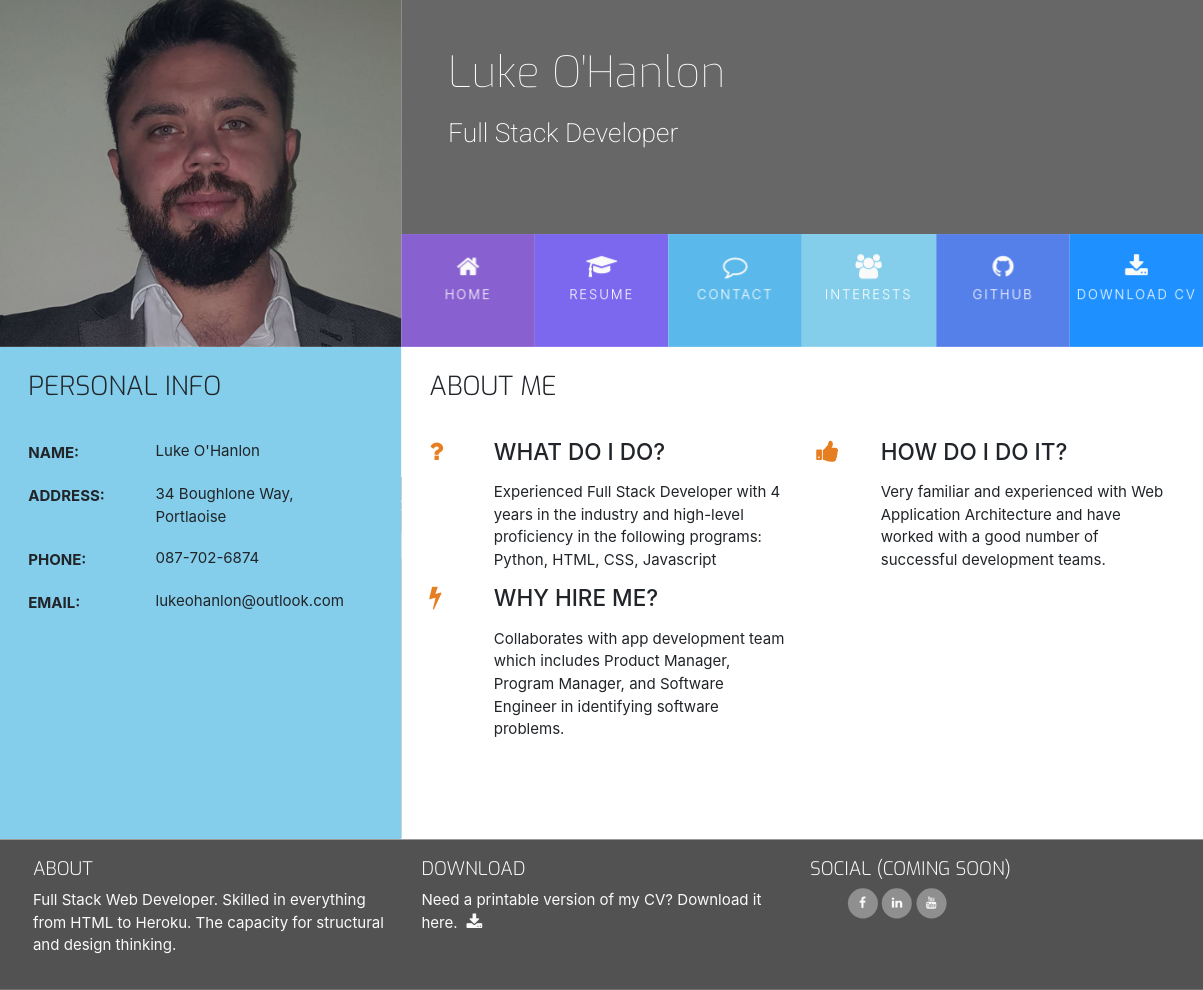
Repository: luke0han/my-resume
Page: index.html
The author's editor kept a record of every edit. The page is drawn from the files as they stood at one moment, then again after the next edit.
The browser window is 1280 px wide. The pictures show the whole page, at 94% of full size.

Above is the page before.

### index.html
<!DOCTYPE html>
<html lang="en">

<head>
    <meta charset="UTF-8">
    <meta name="viewport" content="width=device-width, initial-scale=1.0">
    <meta http-equiv="X-UA-Compatible" content="ie=edge">
    <link rel="stylesheet" href="https://stackpath.bootstrapcdn.com/bootstrap/4.3.1/css/bootstrap.min.css" type="text/css" />
    <link rel="stylesheet" href="https://stackpath.bootstrapcdn.com/font-awesome/4.7.0/css/font-awesome.min.css">
    <link href="https://fonts.googleapis.com/css?family=Lato:300,400&display=swap" rel="stylesheet">
    <link rel="stylesheet" href="https://cdnjs.cloudflare.com/ajax/libs/hover.css/2.3.1/css/hover-min.css" type="text/css" />
    <link rel="stylesheet" href="assets/css/style.css">
    <title>Luke O'Hanlon</title>
</head>

<body>
   <header>
        <div class="row no-gutters">
            <a class="col-md-4 logo" href="02-index.html"></a>
            <div class="col-md-8">
                <div class="row no-gutters bg-color-name-title">
                    <div class="col heading">
                        <h1 class="name">Luke O'Hanlon</h1>
                        <h2 class="title">Full Stack Developer</h2>
                    </div>
                </div>
                <div class="row no-gutters">
                    <div class="col">
                        <ul id="nav" class="list-inline menucontainer">
                            <li class="col-6 col-sm-2 ui-menu-color-home list-inline-item menuitem">
                                <a href="index.html" class="hvr-sweep-to-bottom"><i class="fa fa-home" aria-hidden="true"></i><span>Home</span></a>
                            </li>
                            <li class="col-6 col-sm-2 ui-menu-color-resume list-inline-item menuitem">
                                <a href="resume.html" class="hvr-sweep-to-bottom"><i class="fa fa-graduation-cap" aria-hidden="true"></i><span>Resume</span></a>
                            </li>
                            <li class="col-6 col-sm-2 ui-menu-color-contact list-inline-item menuitem">
                                <a href="contact.html" class="hvr-sweep-to-bottom"><i class="fa fa-comment-o" aria-hidden="true"></i><span>Contact</span></a>
                            </li>
                            <li class="col-6 col-sm-2 ui-menu-color-interests list-inline-item menuitem">
                                <a href="interests.html" class="hvr-sweep-to-bottom"><i class="fa fa-users" aria-hidden="true"></i><span>Interests</span></a>
                            </li>
                            <li class="col-6 col-sm-2 ui-menu-color-github list-inline-item menuitem">
                                <a href="github.html" class="hvr-sweep-to-bottom"><i class="fa fa-github" aria-hidden="true"></i><span>GitHub</span></a>
                            </li>
                            <li class="col-6 col-sm-2 ui-menu-color-download list-inline-item menuitem">
                                <a href="assets/cv/Luke O'Hanlon.pdf" target="_blank" class="hvr-sweep-to-bottom"><i class="fa fa-download" aria-hidden="true"></i><span>Download CV</span></a>
                            </li>
                        </ul>
                    </div>
                </div>
                </div>
            </div>
        </div>
    </header>

    <section class="container-fluid">
        <div class="row">
            <div class="col-md-4 bg-color-personal-info section-column">
                <div class="row">
                    <div class="col-12">
                        <h3 class="section-heading uppercase">Personal Info</h3>
                    </div>
                </div>
                <div class="personal-info-item">
                    <div class="key">
                        <p class="uppercase">
                            Name:
                        </p>
                    </div>
                    <div class="value">
                        <p>
                            Luke O'Hanlon
                        </p>

                    </div>
                </div>
                <div class="personal-info-item">
                    <div class="key">
                        <p class="uppercase">
                            Address:
                        </p>
                    </div>
                    <div class="value">
                        <p>
                            34 Boughlone Way, Portlaoise
                        </p>
                    </div>
                </div>
                <div class="personal-info-item">
                    <div class="key">
                        <p class="uppercase">
                            Phone:
                        </p>
                    </div>
                    <div class="value">
                        <p>
                            087-702-6874
                        </p>
                    </div>
                </div>
                <div class="personal-info-item">
                    <div class="key">
                        <p class="uppercase">
                            Email:
                        </p>
                    </div>
                    <div class="value">
                        <p>
                            lukeohanlon@outlook.com <br><br><br><br><br><br><br><br><br>
                        </p>
                    </div>
                </div>
            </div>
            <div class="col-md-8 bg-color-three-reasons section-column">
                <div class="row">
                    <div class="col">
                        <h3 class="section-heading uppercase">About me</h3>
                    </div>
                </div>
                <div class="row">
                    <div class="col-10 offset-1 offset-sm-0 col-sm-4 col-md-6">
                        <div class="row">
                            <div class="col-2">
                                <i class="three-reasons-icon fa fa-question" aria-hidden="true"></i>
                            </div>
                            <div class="col-10">
                                <h4 class="three-reasons-heading uppercase">What do I do?</h4>
                                <p>Experienced Full Stack Developer with 4 years in the industry and high-level proficiency in the following programs: Python, HTML, CSS, Javascript</p>
                            </div>
                        </div>
                    </div>
                    <div class="col-10 offset-1 offset-sm-0 col-sm-4 col-md-6">
                        <div class="row">
                            <div class="col-2">
                                <i class="three-reasons-icon fa fa-thumbs-up" aria-hidden="true"></i>
                            </div>
                            <div class="col-10">
                                <h4 class="three-reasons-heading uppercase">How do I do it?</h4>
                                <p>Very familiar and experienced with Web Application Architecture and have worked with a good number of successful development teams.</p>
                            </div>

                        </div>
                    </div>
                    <div class="col-10 offset-1 offset-sm-0 col-sm-4 col-md-6">
                        <div class="row">
                            <div class="col-2">
                                <i class="three-reasons-icon fa fa-bolt" aria-hidden="true"></i>
                            </div>
                            <div class="col-10">
                                <h4 class="three-reasons-heading uppercase">Why hire me?</h4>
                                <p>Collaborates with app development team which includes Product Manager, Program Manager, and Software Engineer in identifying software problems.</p>
                            </div>

                        </div>
                    </div>
                </div>
            </div>
        </div>

    </section>
    <footer class="container-fluid">
        <div id="footer-details" class="row">
            <div class="col-sm-4">
                <h5 class="uppercase general-sub">About</h5>
                <p class="inline-block">
                    Full Stack Web Developer. Skilled in everything from HTML to Heroku. The capacity for structural and design thinking.
                </p>
            </div>
            <div class="col-sm-4">
                <h5 class="uppercase general-sub">Download</h5>
                <p class="inline-block">
                    Need a printable version of my CV? Download it here.
                    <a href="assets/cv/Luke O'Hanlon.pdf" target="_blank" class="cv-pdf">
                        <i class="fa fa-download" aria-hidden="true"></i>
                        <span class="sr-only">Download link.</span>
                    </a>
                </p>
            </div>
            <div class="col-sm-4">
                <h5 class="uppercase general-sub">Social (Coming Soon)</h5>
                <ul class="list-inline-block social-links">
                    <li class="list-inline-item">
                        <a target="_blank" href="#">
                            <i class="fa fa-facebook" aria-hidden="true"></i>
                            <span class="sr-only">Facebook.</span>
                        </a>
                    </li>
                    <li class="list-inline-item">
                        <a target="_blank" href="#">
                            <i class="fa fa-linkedin" aria-hidden="true"></i>
                            <span class="sr-only">Linkedin.</span>
                        </a>
                    </li>
                    <li class="list-inline-item">
                        <a target="_blank" href="#">
                            <i class="fa fa-youtube" aria-hidden="true"></i>
                            <span class="sr-only">YouTube.</span>
                        </a>
                    </li>
                </ul>
            </div>
        </div>
    </footer>
</body>

</html>

### assets/css/style.css
@import url('https://fonts.googleapis.com/css?family=Lato:300,400|Roboto:100,200,300,400,500,600,700|Exo:100,200,300,400,500,600,700');
/*****************************************COLORS***************************************/

.bg-color-name-title {
    background-color: #676767;
}

.bg-color-three-reasons{
    background-color: #fff;
}
.ui-menu-color-home {
    background-color: #8860d0;
}

.ui-menu-color-resume {
    background-color: #7B68EE;
}

.ui-menu-color-contact {
    background-color: #5ab9ea;
}

.ui-menu-color-download {
    background-color: #1E90FF;
}

.bg-color-personal-info {
    background-color: #84ceeb;
}

.bg-color-work-history {
    background-color: #7B68EE;
}

.ui-menu-color-interests {
    background-color: #84ceeb;
}


.ui-menu-color-github {
    background-color: #5680e9;
}

/*****************************************Special paddings/margins/text***************************************/

h1,
h2,
h3,
h4 {
    margin: 0;
}

.uppercase {
    text-transform: uppercase;
}

.general-sub {
    font-family: "Exo", sans-serif;
    font-weight: 300;
    color: #fafafa;
}

.inline-block {
    display: inline-block;
}

.row-table {
    display: table;
}

.section-column {
    display: table-cell;
    padding: 0 30px 30px;
    float: none;
}
.history-heading,
.section-heading {
    font-family: "Exo", sans-serif;
    font-weight: 300;
    margin-top:25px;
    margin-bottom: 40px;
}

/*****************************************HEADING***************************************/

header {
    margin: 0;
}

.heading {
    margin-left: 50px;
}

.logo {
    background: url("../images/luke.jpg");
    background-position: center;
    background-repeat: no-repeat;
    background-size: cover;
    min-height: 360px;
    transition: all .5s ease-in-out;
    -moz-transition: all .5s ease-in-out;
    -webkit-transition: all .5s ease-in-out;
}

.name {
    font-family: "Exo", sans-serif;
    font-weight: 100;
    font-size: 46px;
    margin-top: 50px;
    color: #fff;
}

.title {
    font-family: "Roboto", sans-serif;
    font-weight: 200;
    font-size: 28px;
    margin-top: 20px;
    margin-bottom: 90px;
    color: #fff;
}

.list-inline-item:not(:last-child) {
    margin: 0;
}

.menucontainer {
    font-size: 0;
}

#nav {
    margin: 0;
}

#nav li {
    font-size: 14px;
    padding: 0;
}

.menuitem {
    height: 120px;
    text-align: center;
    padding: 0;
}

.menuitem a {
    width: 100%;
    text-decoration: none;
    color: #fff;
    height: 120px;
}

.menuitem a i {
    padding-top: 22px;
    display: block;
    color: #fafafa;
    font-size: 26px;
}

.menuitem span {
    display: block;
    width: 100%;
    padding-top: 5px;
    text-align: center;
    text-transform: uppercase;
    font-size: 14px;
    font-weight: 300;
    letter-spacing: 2px;
}

/*****************************************HOVER.CSS***************************************/

.hvr-sweep-to-bottom:before {
    background: rgba(0, 0, 0, 0.2);
    height: 120px;
}

/*****************************************Footer***************************************/

footer {
    background-color: #525252;
    color: #fafafa;
    min-height: 120px;
    margin: 0;
}

.cv-pdf i {
    font-size: 18px;
    color:#fafafa;
    text-align: center;
    padding-left: 5px;
    transition: all 0.35s ease-in-out;
    -moz-transition: all 0.35s ease-in-out;
    -webkit-transition: all 0.35s ease-in-out;
    -o-transition: all 0.35s ease-in-out;
}

.cv-pdf i:hover {
    color: #8860d0;
}

.social-links {
    padding-bottom: 15px;
}

.social-links li a i {
    width: 32px;
    height: 32px;
    padding: 12px 0;
    border-radius: 50%;
    font-size: 13px;
    line-height: 7px;
    text-align: center;
    color:#fafafa;
    background: #8f8f8f;
    transition: all 0.35s ease-in-out;
    -moz-transition: all 0.35s ease-in-out;
    -webkit-transition: all 0.35s ease-in-out;
    -o-transition: all 0.35s ease-in-out;
}

.social-links li a i:hover {
    background-color: #5ab9ea;
}

#footer-details {
    padding: 20px;
}

/*****************************************Three Reasons***************************************/

.three-reasons-icon {
    font-size:26px;
    color:#e67e22;
}

.three-reasons-heading {
    margin-bottom: 15px;
}

/*****************************************Personal Info***************************************/

.personal-info-item {
    margin-bottom: 20px;
    display: block;
    clear: both;
}

.personal-info-item .key,
.personal-info-item .value {
    padding-right: 8px;
    display: inline-block;
}

.personal-info-item .key p,
.personal-info-item .value p {
    margin:0;
}

.personal-info-item .key {
    width:30%;
    margin-right: 21px;
    padding-top:2px;
    vertical-align: top;
}

.personal-info-item .key p {
    font-weight: 700;
}

.personal-info-item .value {
    position: relative;
    width:60%;
}

/*****************************************Skills***************************************/

.progress {
    position: relative;
    height: 25px;
    margin-bottom: 4px;
}

.progress-type {
    position: absolute;
    left: 0px;
    font-weight: 400;
    padding: 3px 30px 2px 10px;
    color: #fafafa;
    background-color: rgba(25, 25, 25, 0.2);
}

.progress-section {
    margin: 40px 20px;
}

/*****************************************Work History***************************************/

.history-heading {
    color: #fafafa;
    margin-bottom: 50px;
}

.timeline-item {
    padding: 4em 2em 0em 2em;
    position: relative;
    color: #fafafa;
    border-left: 1px solid;
}

.timeline-item p {
    padding: 0;
    margin: 0;
}

.timeline-item:before {
    content: attr(data-dates);
    position: absolute;
    left: 2.5em;
    top: 3em;
    display: block;
    font-family: "Exo", sans-serif;
    font-weight: 500;
    font-size: 0.8em;
    padding: 0;
    margin: 0;
}

.timeline-item:after {
    width: 12px;
    height: 12px;
    display: block;
    top: 2.4em;
    position: absolute;
    left: -6px;
    border-radius: 12px;
    content: '';
    background: #fafafa;
}

.history-items {
    margin-bottom: 30px;
}

/*****************************************Contact Form***************************************/

.contact-heading {
    font-family: "Exo", sans-serif;
    font-weight: 300;
    margin-top: 25px;
    margin-bottom: 20px;
}

.center-form {
    padding-top: 10px;
    margin: 0 auto;
    max-width: 70%;
}

button[type="submit"] {
    margin-top: 15px;
    margin-bottom: 20px;
    color: #fafafa;
    background-color: #5680e9;
}

#map {min-height: 360px;}

/*****************************************Media Queries***************************************/

@media(min-width: 992px) {
    .center-form {
        padding-top: 30px;
        min-height: 240px;
        margin: 0 auto;
        max-width: 50%;
    }
}

After the next edit:
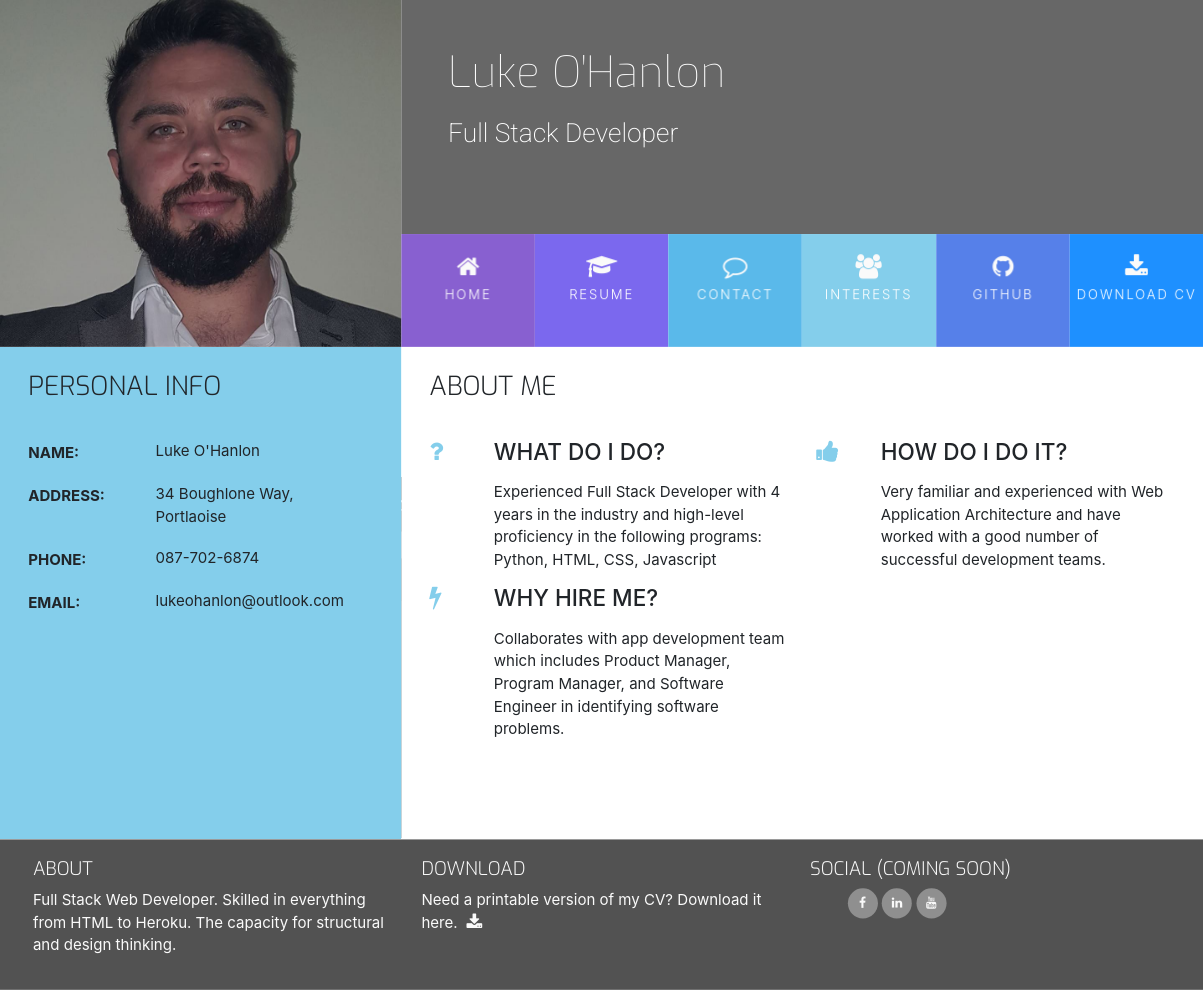
The edit:
--- a/assets/css/style.css
+++ b/assets/css/style.css
@@ -230,7 +230,7 @@
 
 .three-reasons-icon {
     font-size:26px;
-    color:#e67e22;
+    color:#84ceeb;
 }
 
 .three-reasons-heading {
